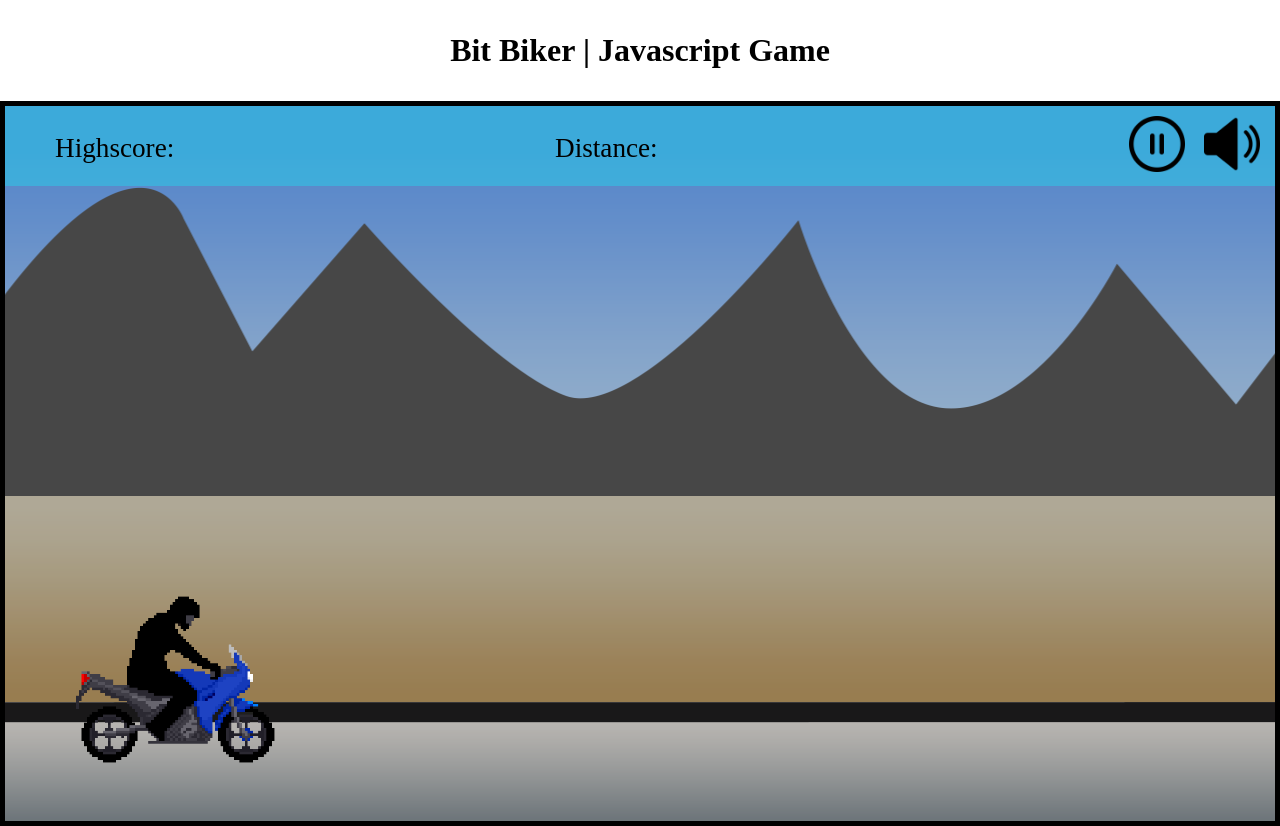
Repository: jellymel0n/bit-biker
Page: index.html
These files come from the project's save history. The page is drawn as it stood at one moment and after the next save; the edit follows.
The browser window is 1280 px wide. The pictures show the whole page.
Empty fields were first filled with sample values (such as "Sample", 5 or name@example.com).
After loading, the first visible `#savePlayer` was clicked once.

Above is the page before, as saved 2021-07-09 14:49:35.

After the next save:
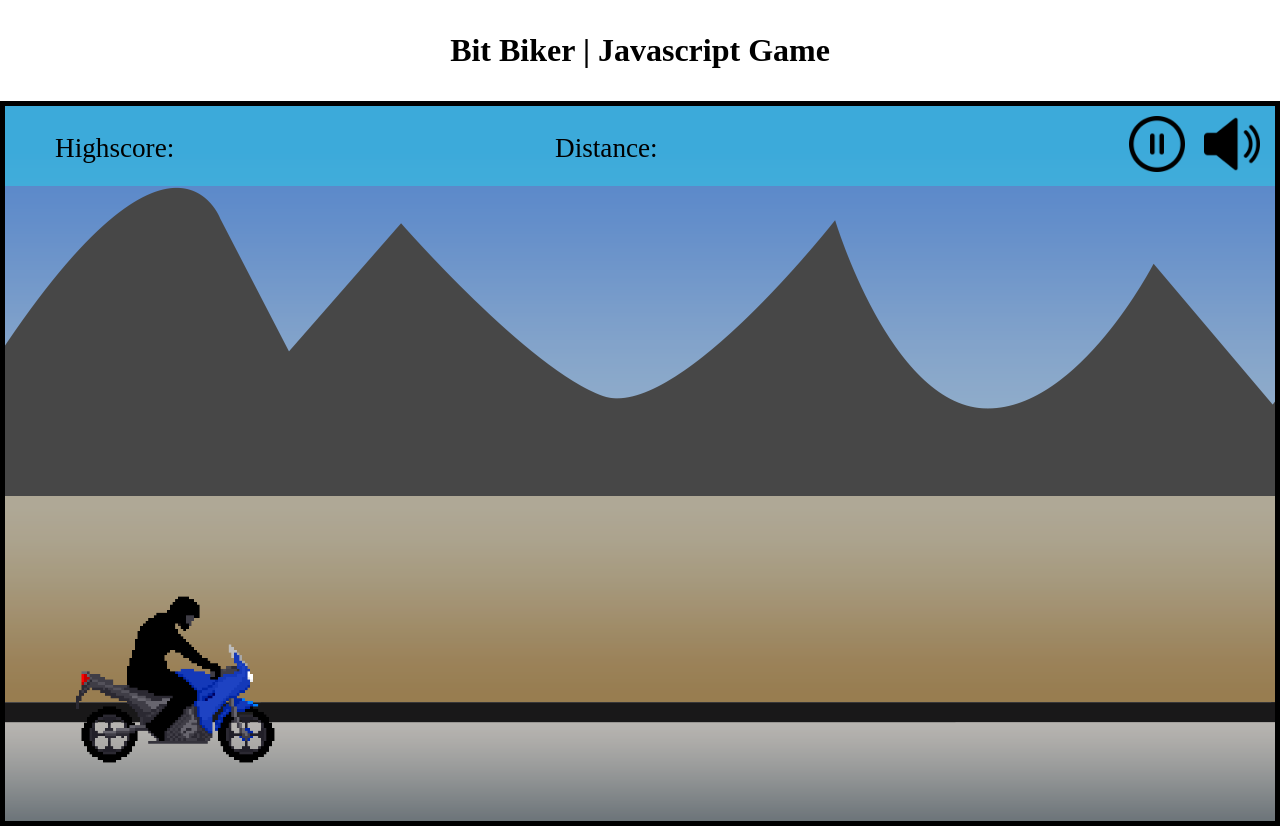
Saved 52 s later.
--- a/scripts/script.js
+++ b/scripts/script.js
@@ -125,7 +125,7 @@ const game = {
         if (duration > 0) {
             game.loopDuration = duration;
         }
-        game.isRunning = true;
+        // game.isRunning = true;
         // if (game.isRunning === true) {
             const bgInterval = window.setInterval(game.generateBGProp, 3000);
             const obstacleInterval = window.setInterval( () => {

After the save that followed:
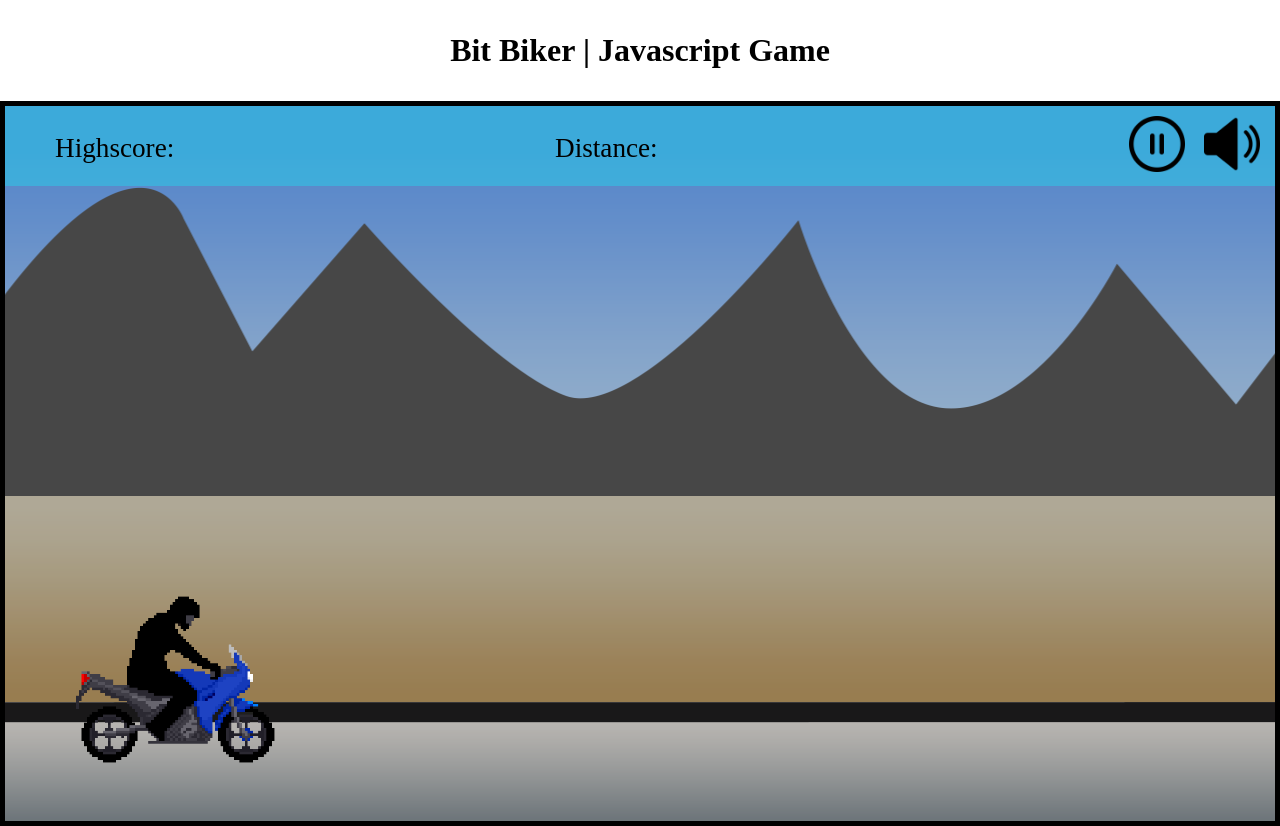
Saved 30 s later.
--- a/scripts/script.js
+++ b/scripts/script.js
@@ -523,6 +523,7 @@ class Player {
 $('#savePlayer').on('click', () => {
     game.getPlayerName();
     $('#splash-screen').toggle();
+    game.isRunning = true;
     game.startGame();
     game.playAudio();
 });
@@ -549,6 +550,7 @@ $('#btn-pause').on('click', () => {
 
 $('#pause-close').on('click', () => {
     $('#pause-screen').toggle();
+    game.isRunning = true;
     game.startGame();
     game.playAudio();
 
